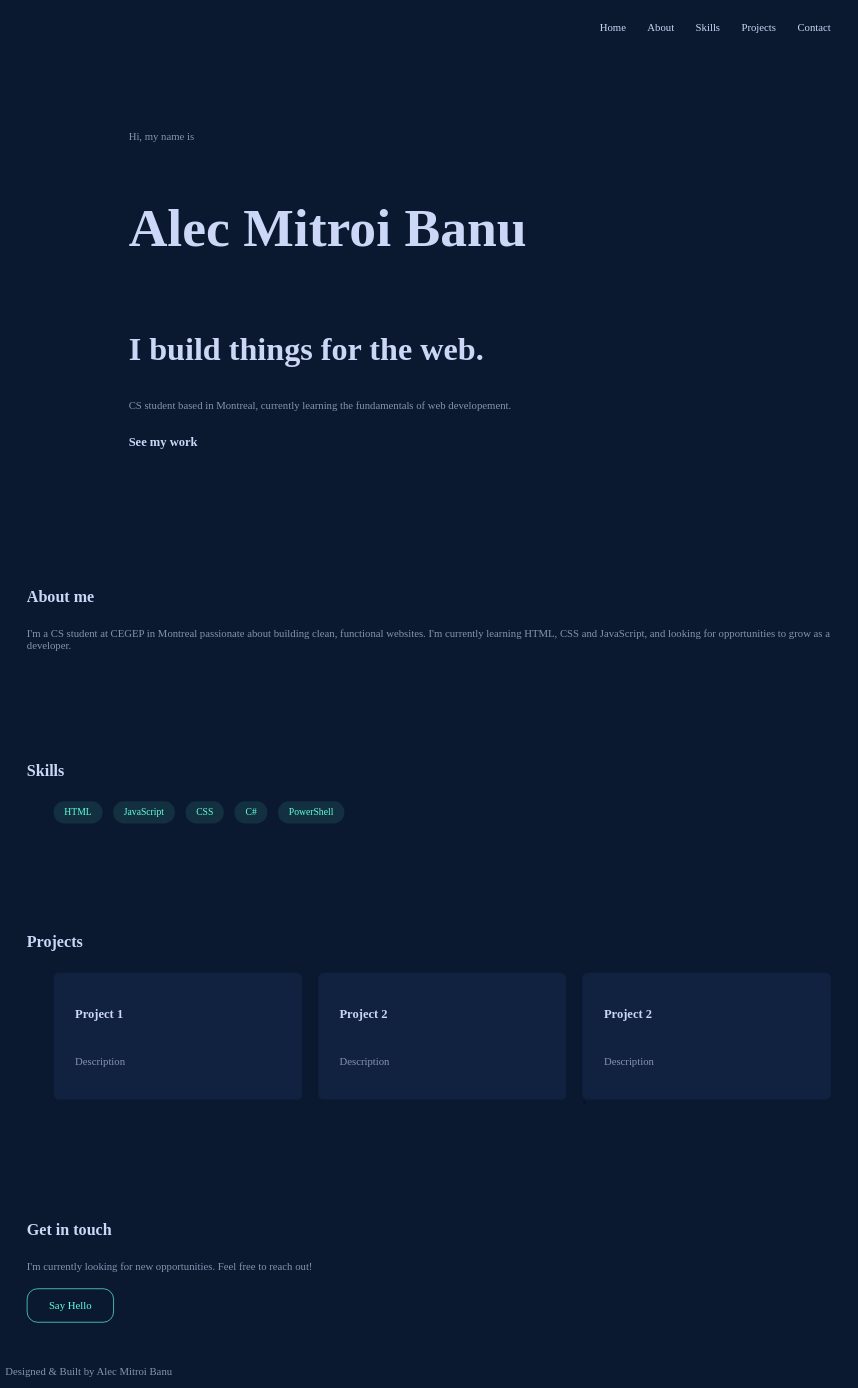
Repository: Alec-Banu/Alec-Banu
Page: index.html
The author's editor kept a copy of each file at every save. The page is drawn from the files as they stood at one save, then again after the next save.
The browser window is 1280 px wide. The pictures show the whole page, at 67% of full size.

Above is the page before, as saved 2026-05-08 15:38:16.

After the next save:
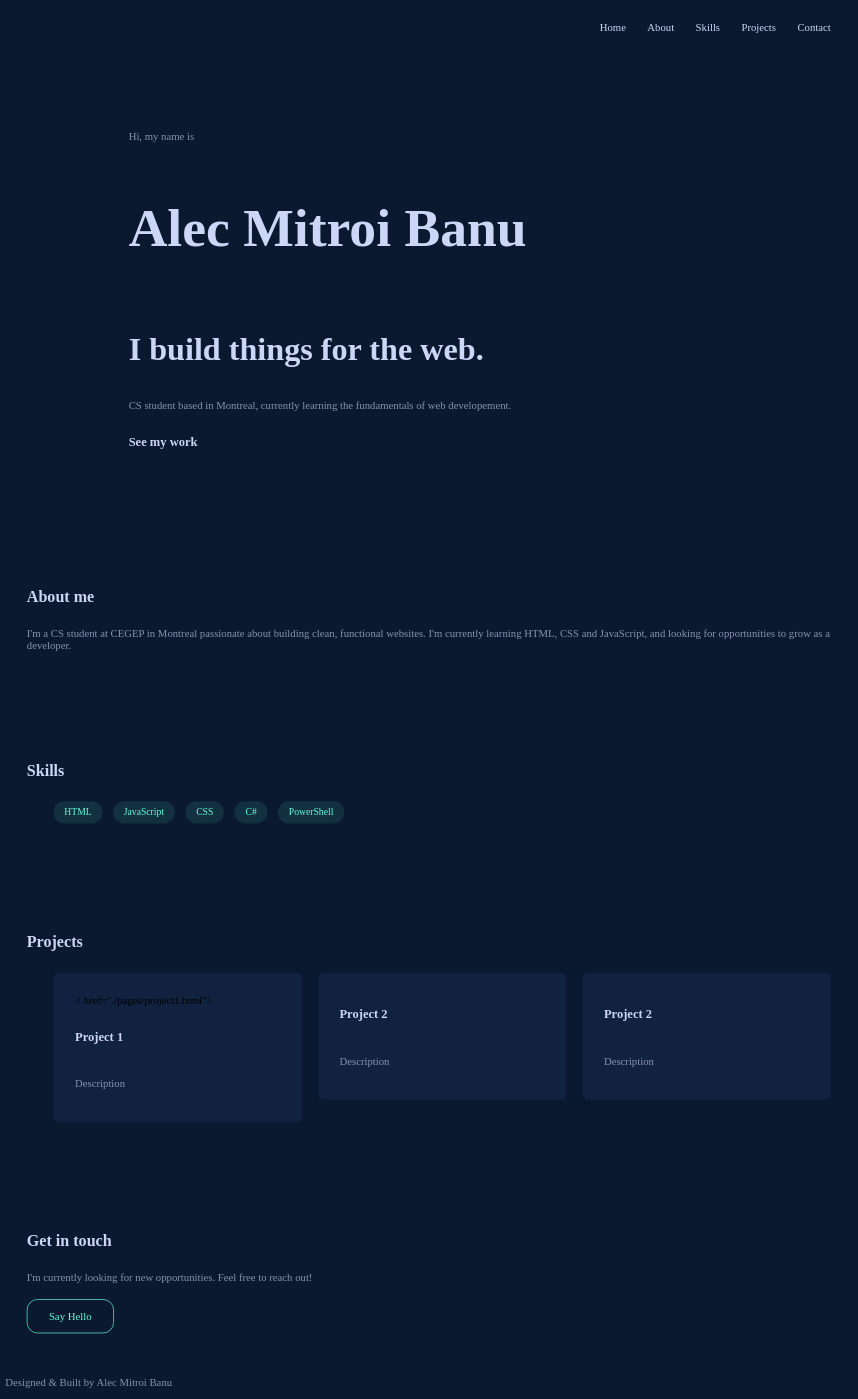
Saved 2 min 55 s later.
--- a/index.html
+++ b/index.html
@@ -61,8 +61,10 @@
         <ul class="cards">
           <li>
             <article class="project-card">
-              <h3><a href="./pages/project1.html">Project 1</a></h3>
-              <p>Description</p>
+              < href="./pages/project1.html">
+                <h3>Project 1</h3>
+                <p>Description</p>
+              </a>
             </article>
           </li>
           <li>

After the save that followed:
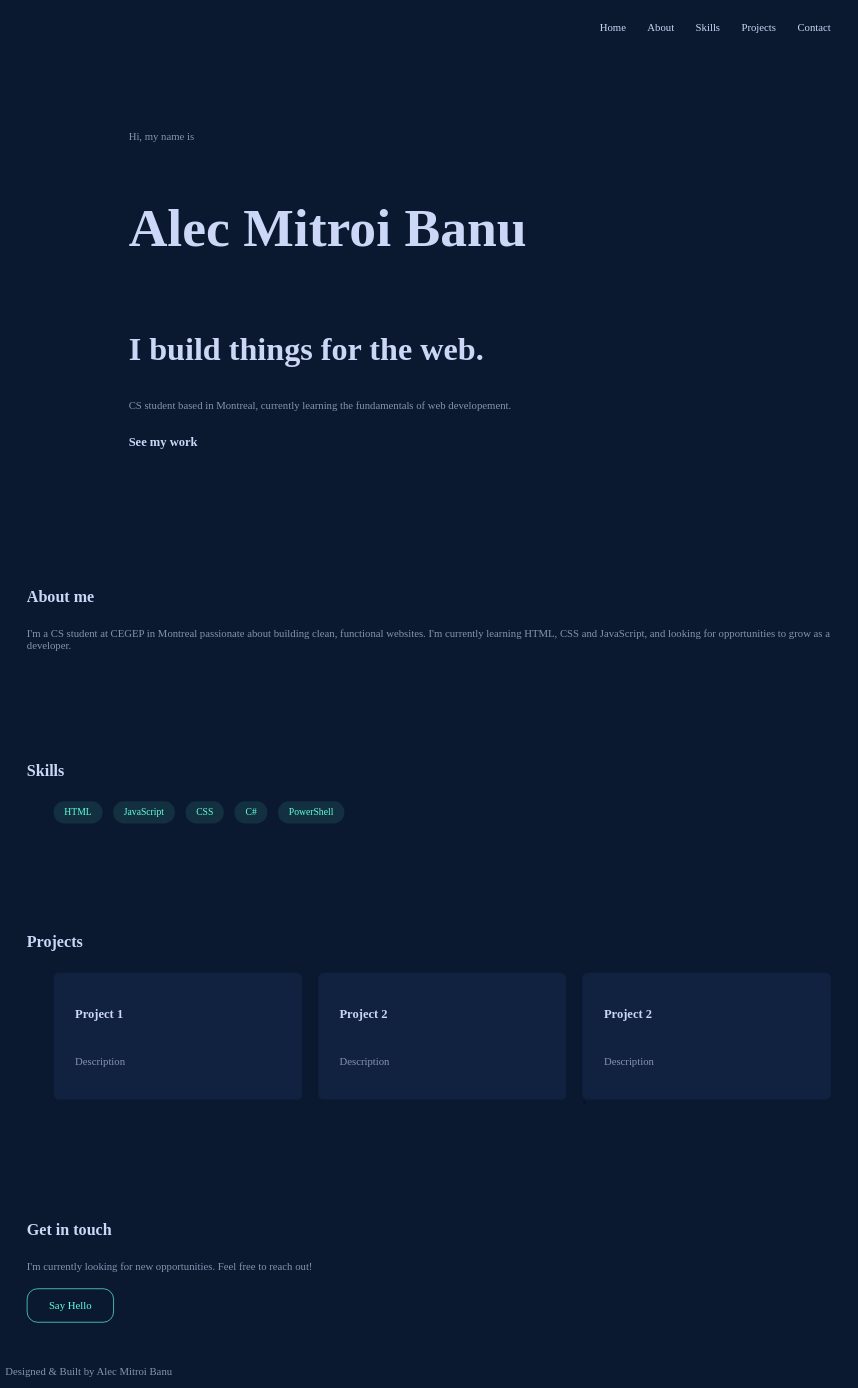
Saved 66 s later.
--- a/index.html
+++ b/index.html
@@ -60,12 +60,12 @@
         <h2>Projects</h2>
         <ul class="cards">
           <li>
-            <article class="project-card">
-              < href="./pages/project1.html">
+            <a href="./pages/project1.html">
+              <article class="project-card">
                 <h3>Project 1</h3>
                 <p>Description</p>
-              </a>
-            </article>
+              </article>
+            </a>
           </li>
           <li>
             <article class="project-card">
